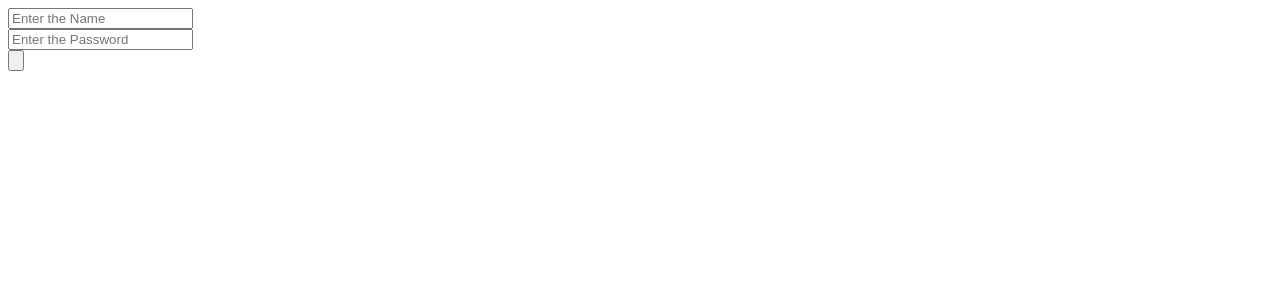
Repository: RishabhUmredkar/Adv-Java
Page: ServletMethods/src/main/webapp/index.html
An editor plug-in stored every save of this project. The page is shown before and after the next save, followed by the edit.
The browser window is 1280 px wide. The pictures show the whole page.

Above is the page before, as saved 2025-01-13 19:05:13.

### ServletMethods/src/main/webapp/index.html
<!DOCTYPE html>
<html>
<head>
<meta charset="ISO-8859-1">
<title>Insert title here</title>
</head>
<body>
<form action="">
<input type="text" name = "user" placeholder="Enter the Name"><br>
<input type="text" name = "pass" placeholder="Enter the Password"><br>
<input type="submit" value = "">
</form>
</body>
</html>

After the next save:
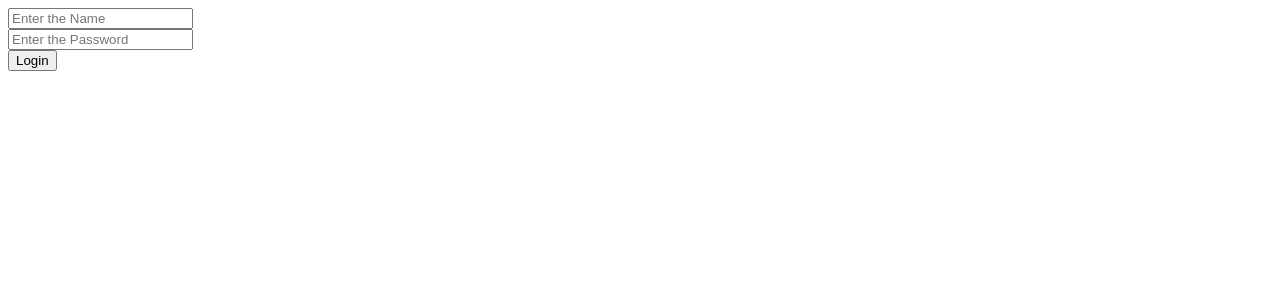
Saved 2 s later.
--- a/ServletMethods/src/main/webapp/index.html
+++ b/ServletMethods/src/main/webapp/index.html
@@ -8,7 +8,7 @@
 <form action="">
 <input type="text" name = "user" placeholder="Enter the Name"><br>
 <input type="text" name = "pass" placeholder="Enter the Password"><br>
-<input type="submit" value = "">
+<input type="submit" value = "Login">
 </form>
 </body>
 </html>
